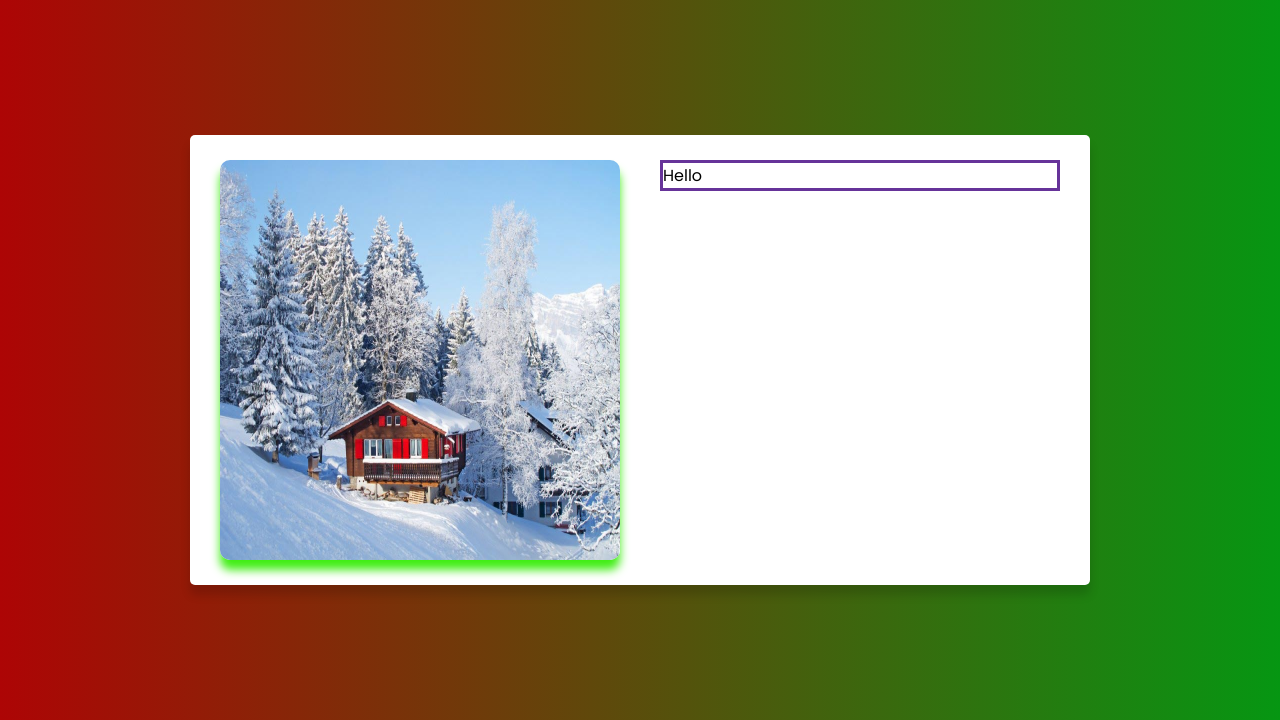
Repository: dev-ashik/Halloween
Page: Reg Page/Index.html
An editor plug-in stored every save of this project. The page is shown before and after the next save, followed by the edit.
The browser window is 1280 px wide. The pictures show the whole page.

Above is the page before, as saved 2021-12-21 21:53:09.

After the next save:
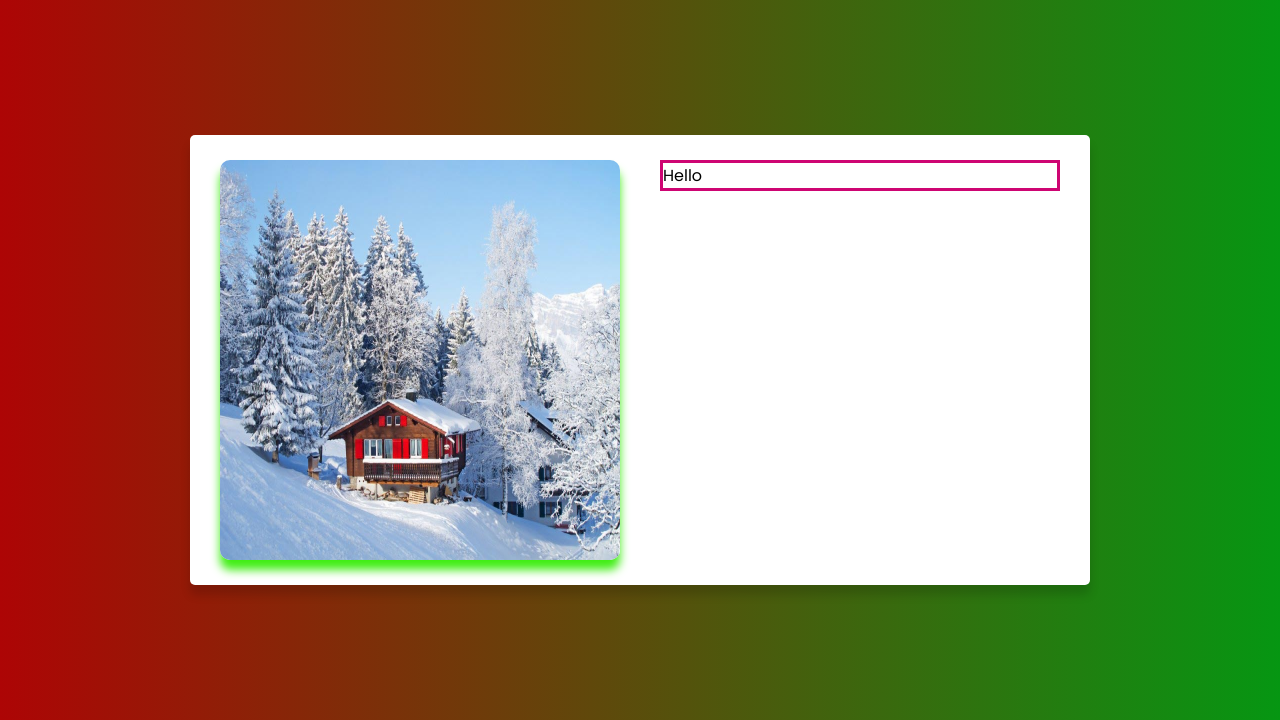
Saved 20 s later.
--- a/Reg Page/CSS/main.css
+++ b/Reg Page/CSS/main.css
@@ -39,7 +39,7 @@ body {
 
 .con .form {
     float: right;
-    border: 3px solid rebeccapurple;
+    border: 3px solid rgb(206, 5, 115);
     max-width: 400px;
     width: 100%;
 }
